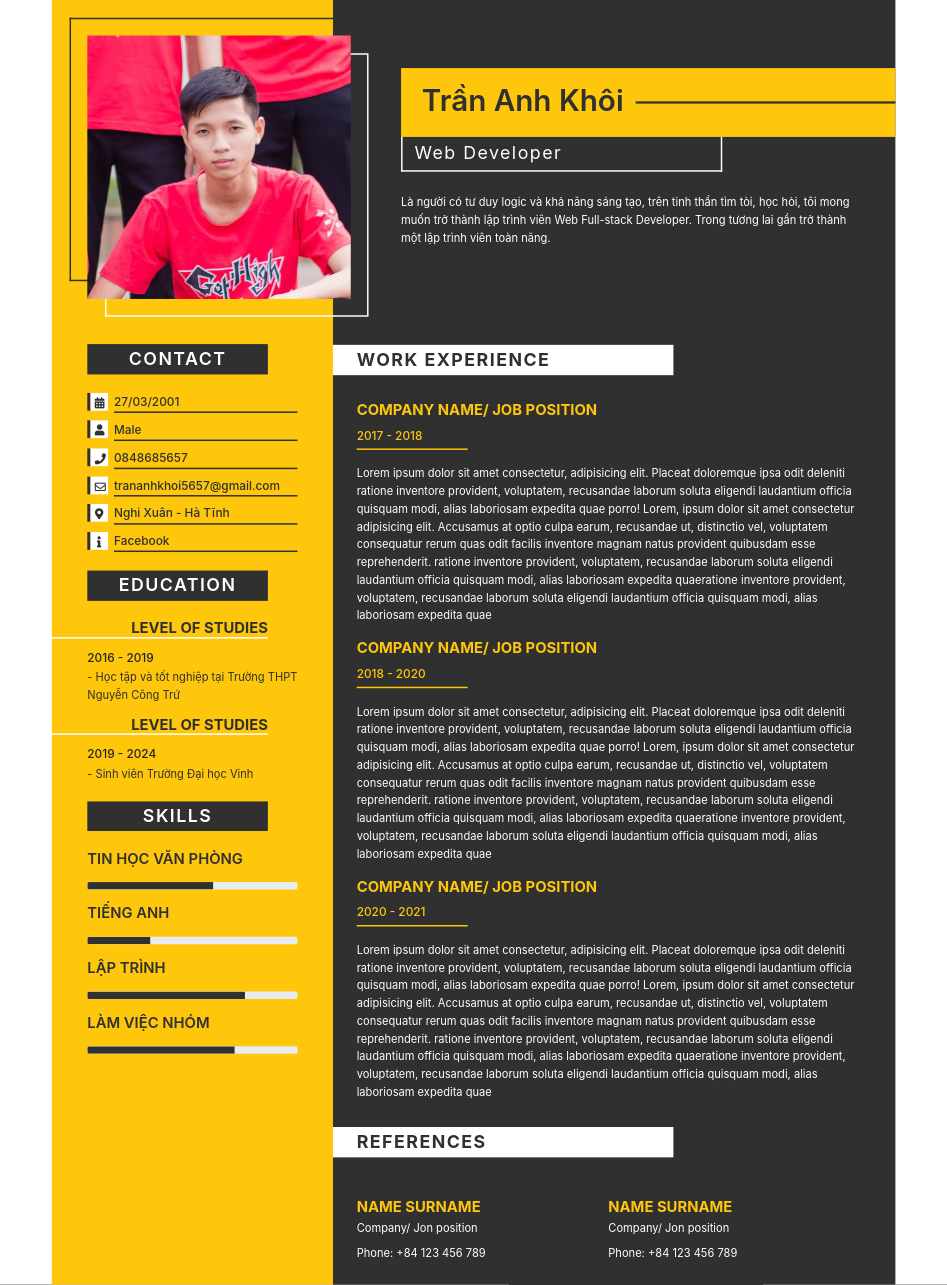
Repository: khoitadev/myCV
Page: index.html
The author's editor kept a copy of each file at every save. The page is drawn from the files as they stood at one save, then again after the next save.
The browser window is 1280 px wide. The pictures show the whole page, at 74% of full size.
Some web libraries are served in a nearby version.

Above is the page before, as saved 2022-02-11 22:44:17.

After the next save:
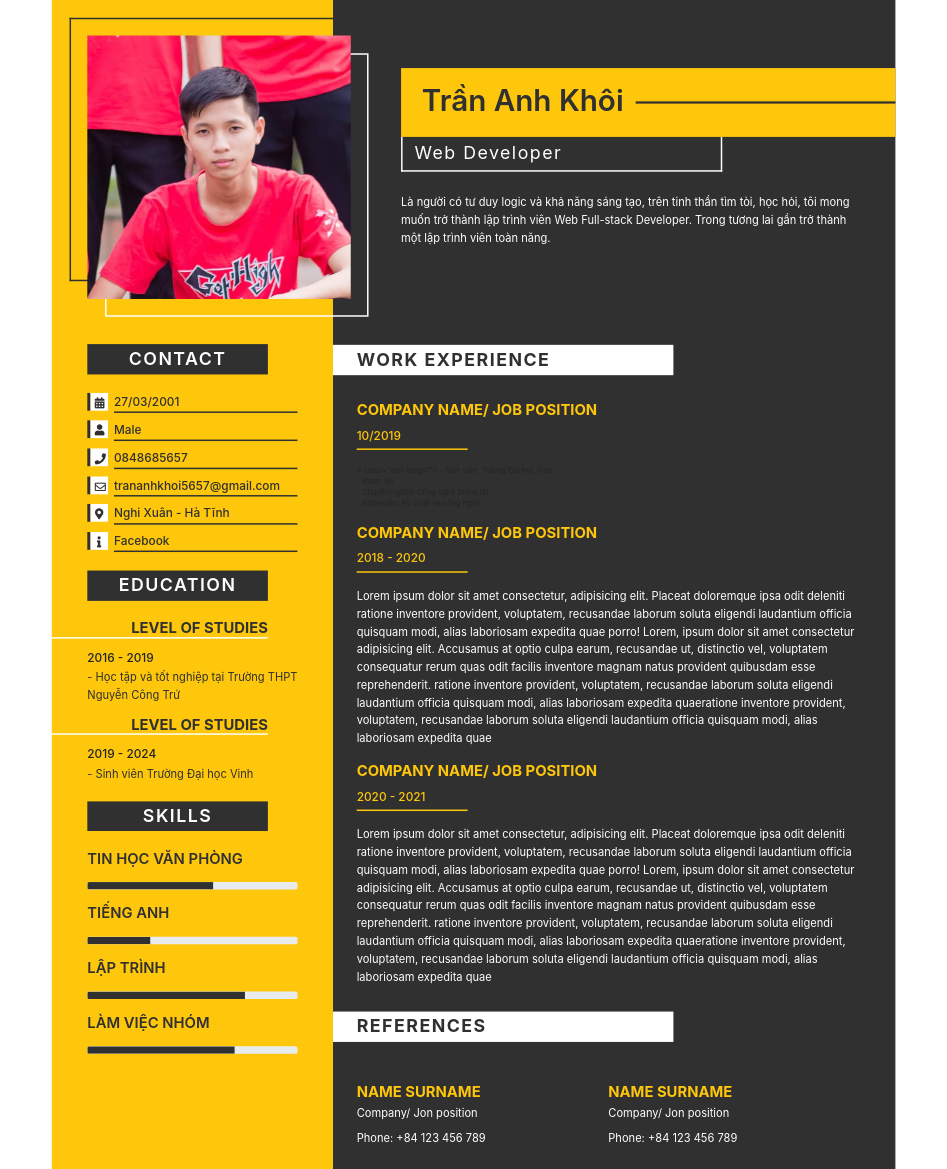
Saved 6 min 25 s later.
--- a/index.html
+++ b/index.html
@@ -116,9 +116,12 @@
           </div>
           <h2 class="heading__right">WORK EXPERIENCE</h2>
           <h3 class="work__heading">COMPANY NAME/ JOB POSITION</h3>
-          <h4 class="work__title">2017 - 2018</h4>
-          <p class="text-toright">Lorem ipsum dolor sit amet consectetur, adipisicing elit. Placeat doloremque ipsa odit deleniti ratione inventore provident, voluptatem, recusandae laborum soluta eligendi laudantium officia quisquam modi, alias laboriosam expedita quae porro!
-            Lorem, ipsum dolor sit amet consectetur adipisicing elit. Accusamus at optio culpa earum, recusandae ut, distinctio vel, voluptatem consequatur rerum quas odit facilis inventore magnam natus provident quibusdam esse reprehenderit. ratione inventore provident, voluptatem, recusandae laborum soluta eligendi laudantium officia quisquam modi, alias laboriosam expedita quaeratione inventore provident, voluptatem, recusandae laborum soluta eligendi laudantium officia quisquam modi, alias laboriosam expedita quae
+          <h4 class="work__title">10/2019</h4>
+          < class="text-toright">
+          - Sinh viên: Trường Đại học Vinh <br>
+          - Khóa: 60 <br>
+          - Chuyên ngành: Công nghệ thông tin <br>
+          - Khoa/viện: Kỹ thuật và công nghệ
           </p>
           <h3 class="work__heading">COMPANY NAME/ JOB POSITION</h3>
           <h4 class="work__title">2018 - 2020</h4>
